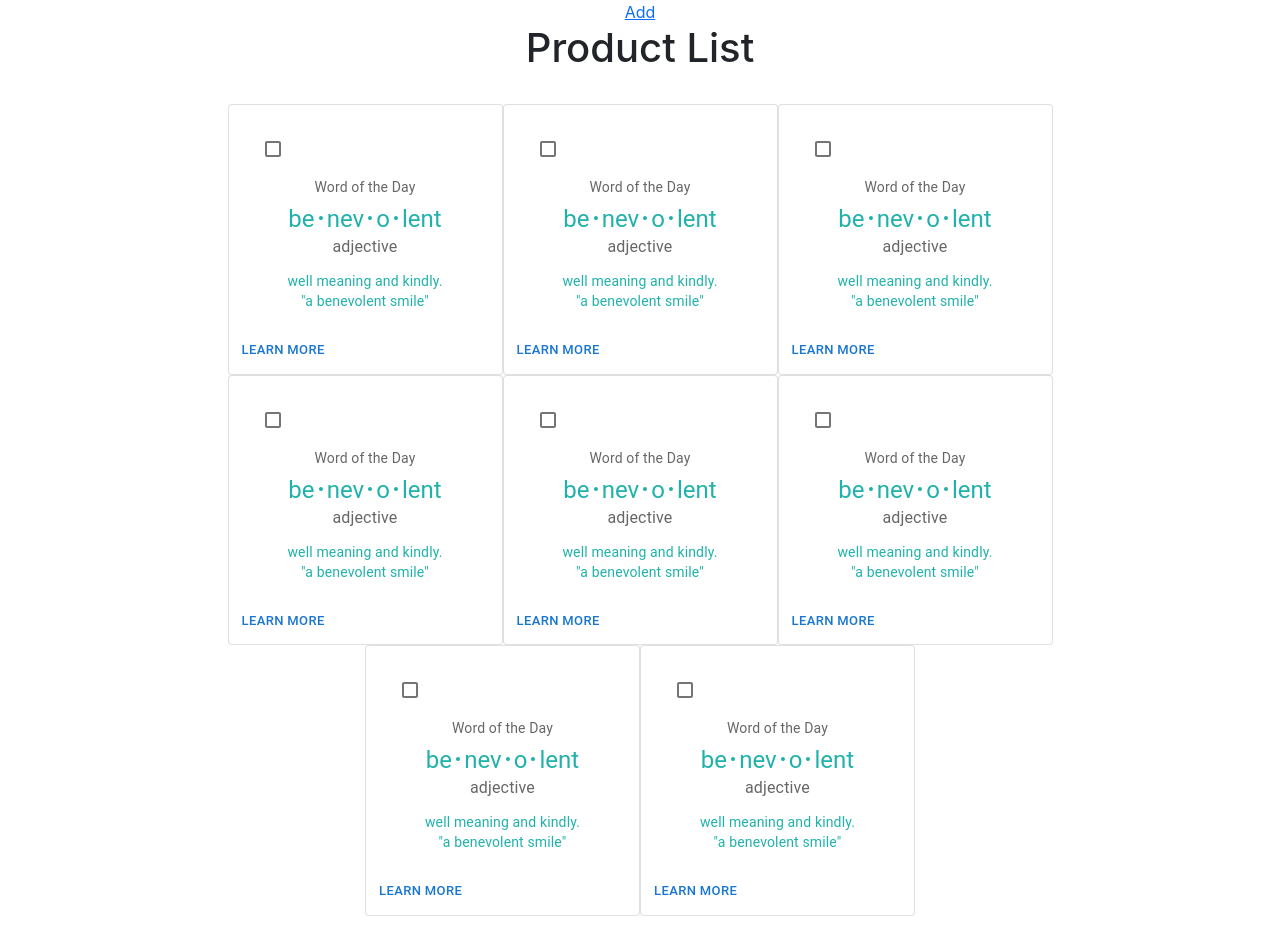
Repository: MagdyAbouelnasr/scandiweb_project
Page: /
The author's editor kept a copy of each file at every save. The page is drawn from the files as they stood at one save, then again after the next save.
The browser window is 1280 px wide. The pictures show the whole page.
The project was rebuilt for these pictures with package versions that can differ from the ones it lists, and the page was loaded fresh each time. Also part of the build but not shown: src/components/ProductAdd.js.

Above is the page before, as saved 2023-05-03 22:36:36.

### public/index.html
<!DOCTYPE html>
<html lang="en">
  <head>
    <meta charset="utf-8" />
    <link rel="icon" href="%PUBLIC_URL%/favicon.ico" />
    <meta name="viewport" content="width=device-width, initial-scale=1" />
    <meta name="theme-color" content="#000000" />
    <meta
      name="description"
      content="Web site created using create-react-app"
    />
    <link rel="apple-touch-icon" href="%PUBLIC_URL%/logo192.png" />
    <!--
      manifest.json provides metadata used when your web app is installed on a
      user's mobile device or desktop. See https://developers.google.com/web/fundamentals/web-app-manifest/
    -->
    <link rel="manifest" href="%PUBLIC_URL%/manifest.json" />
    <!--
      Notice the use of %PUBLIC_URL% in the tags above.
      It will be replaced with the URL of the `public` folder during the build.
      Only files inside the `public` folder can be referenced from the HTML.

      Unlike "/favicon.ico" or "favicon.ico", "%PUBLIC_URL%/favicon.ico" will
      work correctly both with client-side routing and a non-root public URL.
      Learn how to configure a non-root public URL by running `npm run build`.
    -->
    <title>React App</title>
    <link
  rel="stylesheet"
  href="https://cdn.jsdelivr.net/npm/bootstrap@5.2.3/dist/css/bootstrap.min.css"
  integrity="sha384-rbsA2VBKQhggwzxH7pPCaAqO46MgnOM80zW1RWuH61DGLwZJEdK2Kadq2F9CUG65"
  crossorigin="anonymous"
/>
  </head>
  <body>
    <noscript>You need to enable JavaScript to run this app.</noscript>
    <div id="root"></div>
    <!--
      This HTML file is a template.
      If you open it directly in the browser, you will see an empty page.

      You can add webfonts, meta tags, or analytics to this file.
      The build step will place the bundled scripts into the <body> tag.

      To begin the development, run `npm start` or `yarn start`.
      To create a production bundle, use `npm run build` or `yarn build`.
    -->
  </body>
</html>

### src/App.js
import { BrowserRouter, Routes, Route, Link } from 'react-router-dom';
import './App.css';
import ProductList from './components/ProductList';
import ProductAdd from './components/ProductAdd';

function App() {
  return (

    <div className="container">
    <div className="App">

    <BrowserRouter>

            <Link to="product/add">Add</Link>

      <Routes>
        <Route index element={<ProductList />} />
        <Route path="product/add" element={<ProductAdd />} />
      </Routes>
    </BrowserRouter>
    </div>
    </div>
  );
}

export default App;

### src/App.css
.App {
  text-align: center;
}

nav ul {
  list-style: none;
}

nav ul li {
  display: inline-block;
  padding: 10px;
}

### src/components/ProductList.js
import Product from "./Product";

export default function ProductList(){
    return (
            <>
        <div className="flex">
            <h1 className="page-header text-header justify-content-left">Product List</h1>
            <div className="d-inline-flex p-4 justify-content-center flex-wrap">

           <Product sku={"1231sad"} name={"asdad"} price={22} type={"furniture"} typeValue={"5neter"}/>
           <Product sku={"1231sad"} name={"asdad"} price={22} type={"furniture"} typeValue={"5neter"}/>
           <Product sku={"1231sad"} name={"asdad"} price={22} type={"furniture"} typeValue={"5neter"}/>
           <Product sku={"1231sad"} name={"asdad"} price={22} type={"furniture"} typeValue={"5neter"}/>
           <Product sku={"1231sad"} name={"asdad"} price={22} type={"furniture"} typeValue={"5neter"}/>
           <Product sku={"1231sad"} name={"asdad"} price={22} type={"furniture"} typeValue={"5neter"}/>
           <Product sku={"1231sad"} name={"asdad"} price={22} type={"furniture"} typeValue={"5neter"}/>
           <Product sku={"1231sad"} name={"asdad"} price={22} type={"furniture"} typeValue={"5neter"}/>

            </div>
        </div></>



    )
}

### src/components/Product.js
// import Card from 'react-bootstrap/Card';
// import Form from 'react-bootstrap/Form';
// function Product({sku , name , price , type, typeValue}) {
//   return (
//     <Card style={{ width: '18rem' }}>
//       <Card.Body >
//         <button type="checkbox" className='delete-checkbox'></button>
//         <Card.Title>{sku}</Card.Title>
//         <Card.Title>{name}</Card.Title>
//         <Card.Title>{price}$</Card.Title>
//         <Card.Title>{type} : {typeValue}</Card.Title>
//       </Card.Body>
//     </Card>
//   );
// }

// export default Product;

import './Product.css'
import * as React from 'react';
import Box from '@mui/material/Box';
import Card from '@mui/material/Card';
import CardActions from '@mui/material/CardActions';
import CardContent from '@mui/material/CardContent';
import Button from '@mui/material/Button';
import Typography from '@mui/material/Typography';
import IconButton from '@mui/material/IconButton';
import CropSquareIcon from '@mui/icons-material/CropSquare';
// import Checkbox from '@mui/material/Checkbox';
const bull = (
  <Box
    component="span"
    sx={{ display: 'inline-block', mx: '2px', transform: 'scale(0.8)' }}
  >
    •
  </Box>
);

const label = { inputProps: { 'aria-label': 'Checkbox demo' } };

const card = (
  <>
    <CardContent>

    <CardActions>
        <IconButton aria-label="add to favorites">
        <CropSquareIcon />
      </IconButton>

        </CardActions>
      <Typography sx={{ fontSize: 14 }} color="text.secondary" gutterBottom>
        Word of the Day
      </Typography>
      <Typography variant="h5" component="div">
        be{bull}nev{bull}o{bull}lent
      </Typography>
      <Typography sx={{ mb: 1.5 }} color="text.secondary">
        adjective
      </Typography>
      <Typography variant="body2">
        well meaning and kindly.
        <br />
        {'"a benevolent smile"'}
      </Typography>
    </CardContent>
    <CardActions>
      <Button size="small">Learn More</Button>
    </CardActions>
  </>
);

export default function OutlinedCard() {
  return (
    <Box sx={{ minWidth: 275 }}>
      <Card variant="outlined">{card}</Card>
    </Box>
  );
}

### src/components/Product.css
.MuiCardContent-root {
    color: #20b2aa;
  }

  .MuiCardContent-root:hover {
    color: #2e8b57;
  }

Loaded but not shown: src/index.js (common file); src/index.css (common file)

After the next save:
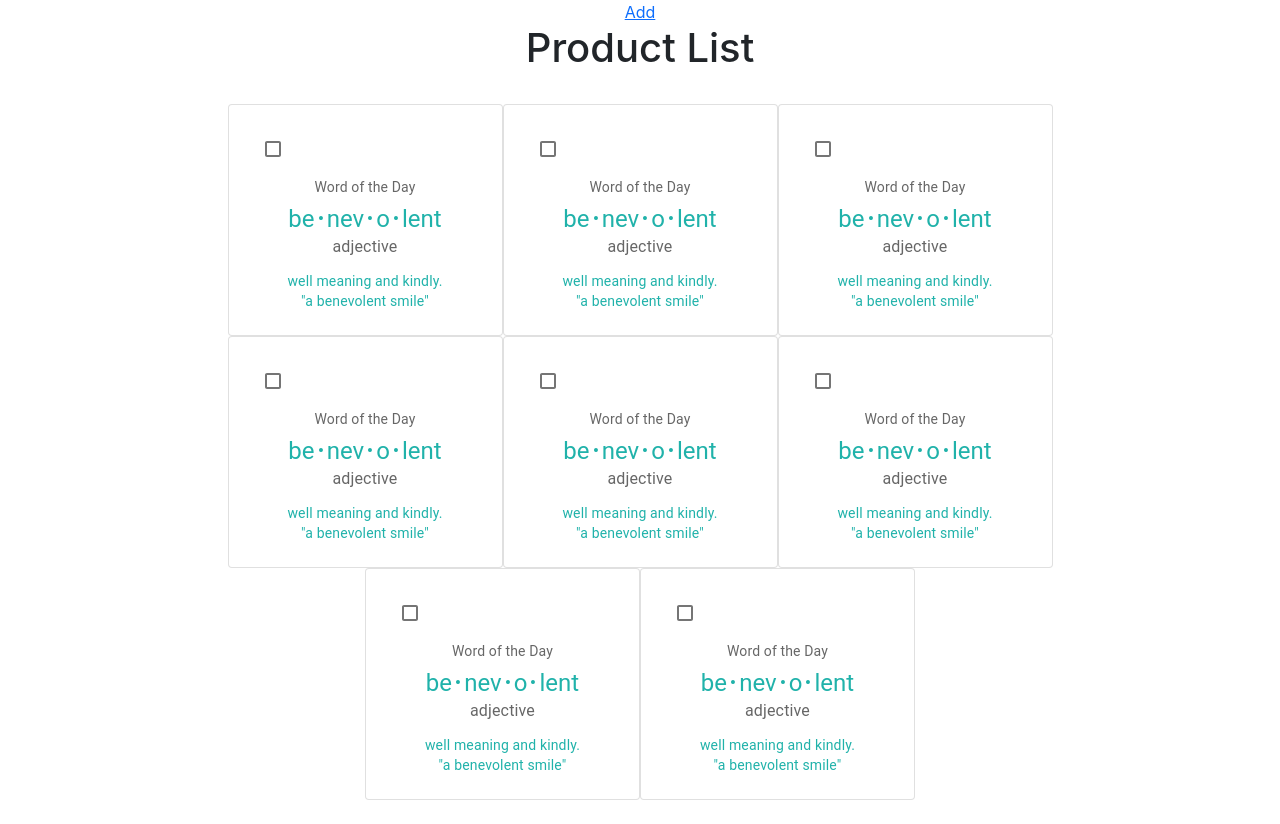
Saved 4 min 50 s later.
--- a/src/components/Product.js
+++ b/src/components/Product.js
@@ -63,9 +63,7 @@ const card = (
         {'"a benevolent smile"'}
       </Typography>
     </CardContent>
-    <CardActions>
-      <Button size="small">Learn More</Button>
-    </CardActions>
+
   </>
 );
 
